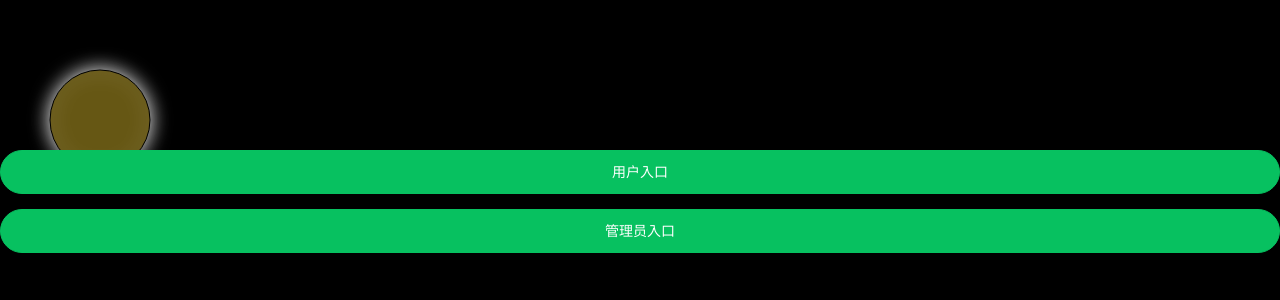
Repository: fisher002/sports
Page: /
An editor plug-in stored every save of this project. The page is shown before and after the next save, followed by the edit.
The browser window is 1280 px wide. The pictures show the whole page.
The project was rebuilt for these pictures with package versions that can differ from the ones it lists, and the page was loaded fresh each time. Also part of the build but not shown: src/components/public/bottom.vue, src/views/mobile-index/indexUrl.js, src/views/mobile-admin/admin-login/loginUrl.js, src/components/public/top.vue, src/views/mobile-index/mobileIndex.vue, src/utils/comUtils.js, src/views/mobile-index/index.vue, src/views/mobile-index/detailcompate.vue and 68 more.

Above is the page before, as saved 2020-05-04 13:47:45.

### index.html
<!DOCTYPE html>
<html>
  <head>
    <meta charset="utf-8">
    <meta name="viewport" content="width=device-width,initial-scale=1.0">
    <title>sports</title>
  </head>
  <body>
    <div id="app"></div>
    <!-- built files will be auto injected -->
  </body>
</html>

### src/main.js
// The Vue build version to load with the `import` command
// (runtime-only or standalone) has been set in webpack.base.conf with an alias.
import Vue from 'vue'
import App from './App'
import router from './router'
import Vant from 'vant';
import { Toast } from "vant";
import { Dialog } from 'vant';
import 'vant/lib/index.css';

Vue.use(Toast);
Vue.use(Dialog);
Vue.use(Vant);
Vue.config.productionTip = false

/* eslint-disable no-new */
new Vue({
  el: '#app',
  router,
  components: { App },
  template: '<App/>'
})

### src/App.vue
<template>
  <div id="app">
    <router-view v-if="isRouterAlive" />
  </div>
</template>

<script>
import { Toast } from "vant";
export default {
  name: 'App',
  provide() {
    //父组件中通过provide来提供变量，在子组件中通过inject来注入变量。
    return {
      reload: this.reload
    };
  },
  data() {
    return {
      isRouterAlive: true, //控制视图是否显示的变量
    };
  },
  methods: {
    reload() {
      this.isRouterAlive = false; //先关闭，
      this.$nextTick(function() {
        this.isRouterAlive = true; //再打开
      });
    }
  }
}
</script>

<style>
#app {
  font-family: 'Avenir', Helvetica, Arial, sans-serif;
  -webkit-font-smoothing: antialiased;
  -moz-osx-font-smoothing: grayscale;
  text-align: center;
  color: #2c3e50;
  /* margin-top: 60px; */
}
</style>

### src/router/index.js
import Vue from 'vue'
import Router from 'vue-router'
// import HelloWorld from '@/components/HelloWorld'
// 用户路由
import defaultIndex from '@/views/index'
import mobileIndex from '@/views/mobile-index/mobileIndex'
import index from '@/views/mobile-index/index'
import detailcompate from '@/views/mobile-index/detailcompate'
import login from '@/views/mobile-index/login'
import listmine from '@/views/mobile-mine/listmine'
import detailmine from '@/views/mobile-mine/detailmine'
import listscore from '@/views/mobile-mine/listscore'
import listmessage from '@/views/mobile-mine/listmessage'
import refereemanage from '@/views/mobile-mine/refereeManage'
import listcontestant from '@/views/mobile-mine/listcontestant'
import signupmine from '@/views/mobile-mine/signupmine'
import listitem from '@/views/mobile-item/listitem'
import detailitem from '@/views/mobile-item/detailitem'
import listcomment from '@/views/mobile-comment/listcomment'
import commentusers from '@/views/mobile-comment/commentusers'
import listtournament from '@/views/mobile-tournament/listtournament'
import alltournaments from '@/views/mobile-tournament/alltournaments'
import chatusers from '@/views/mobile-tournament/chatusers'

// 管理员路由
import adminIndex from '@/views/mobile-admin/adminIndex'
import adminlogin from '@/views/mobile-admin/admin-login/adminLogin'
// 赛前
import preindex from '@/views/mobile-admin/admin-pregame/preindex'
import releasegames from '@/views/mobile-admin/admin-pregame/releasegames'
import listgames from '@/views/mobile-admin/admin-pregame/listgames'
import editcompate from '@/views/mobile-admin/admin-pregame/editcompate'
import registermanagement from '@/views/mobile-admin/admin-pregame/registercompate/registermanagement'
import registerpeople from '@/views/mobile-admin/admin-pregame/registercompate/registerpeople'
import listcompateplay from '@/views/mobile-admin/admin-pregame/playermanage/listcompateplay'
import playermanagement from '@/views/mobile-admin/admin-pregame/playermanage/playermanagement'
import listcompatereferee from '@/views/mobile-admin/admin-pregame/refereemanage/listcompatereferee'
import refereemanagement from '@/views/mobile-admin/admin-pregame/refereemanage/refereemanagement'
import listequipment from '@/views/mobile-admin/admin-pregame/equipmentmanage/listequipment'
// 赛中
import middleindex from '@/views/mobile-admin/admin-middle/middleindex'
import listcompates from '@/views/mobile-admin/admin-middle/compatescore/listcompates'
import listcompatescore from '@/views/mobile-admin/admin-middle/compatescore/listcompatescore'
import listfinalperson from '@/views/mobile-admin/admin-middle/finalperson/listfinalperson'
import detailfinalperson from '@/views/mobile-admin/admin-middle/finalperson/detailfinalperson'
// 赛后
import afterindex from '@/views/mobile-admin/admin-after/afterindex'
import listbackmsg from '@/views/mobile-admin/admin-after/feedbackmsg/listbackmsg'
import listcompatewonderful from '@/views/mobile-admin/admin-after/compatewonderful/listcompatewonderful'
import detailwonderful from '@/views/mobile-admin/admin-after/compatewonderful/detailwonderful'
import listcompatenews from '@/views/mobile-admin/admin-after/compatenews/listcompatenews'
import detailcomnews from '@/views/mobile-admin/admin-after/compatenews/detailcomnews'
import listoutlaycompate from '@/views/mobile-admin/admin-after/compateoutlay/listoutlaycompate'
import detailoutlay from '@/views/mobile-admin/admin-after/compateoutlay/detailoutlay'
import listoutlaysum from '@/views/mobile-admin/admin-after/outlaysum/listoutlaysum'
import detailsumlist from '@/views/mobile-admin/admin-after/outlaysum/detailsumlist'

Vue.use(Router)

export default new Router({
  routes: [
    {
      path: '/',
      name: 'index',
      component: defaultIndex,
    },
    {
      path: '/user',
      name: 'mobileIndex',
      component: mobileIndex,
      redirect: '/user/index',
      children: [
        {
          path: '/user/index',
          name: 'index',
          meta: {
            label: "首页"
          },
          component: index
        },
        {
          path: '/user/detailcompate',
          name: 'detailcompate',
          meta: {
            label: "赛事详情"
          },
          component: detailcompate
        },
        {
          path: '/user/listmine',
          name: 'listmine',
          meta: {
            label: "我的"
          },
          component: listmine
        },
        {
          path: '/user/detailmine',
          name: 'detailmine',
          meta: {
            label: "我的信息"
          },
          component: detailmine
        },
        {
          path: '/user/refereemanage',
          name: 'refereemanage',
          meta: {
            label: "我的赛事管理"
          },
          component: refereemanage
        },
        {
          path: '/user/listcontestant',
          name: 'listcontestant',
          meta: {
            label: "运动员管理"
          },
          component: listcontestant
        },
        {
          path: '/user/signupmine',
          name: 'signupmine',
          meta: {
            label: "我的报名"
          },
          component: signupmine
        },
        {
          path: '/user/listscore',
          name: 'listscore',
          meta: {
            label: "我的成绩"
          },
          component: listscore
        },
        {
          path: '/user/listmessage',
          name: 'listmessage',
          meta: {
            label: "我的消息"
          },
          component: listmessage
        },
        {
          path: '/user/listitem',
          name: 'listitem',
          meta: {
            label: "项目"
          },
          component: listitem
        },
        {
          path: '/user/detailitem',
          name: 'detailitem',
          meta: {
            label: "项目列表"
          },
          component: detailitem
        },
        {
          path: '/user/listcomment',
          name: 'listcomment',
          meta: {
            label: "评论"
          },
          component: listcomment
        },
        {
          path: '/user/commentusers',
          name: 'commentusers',
          meta: {
            label: "赛事评论"
          },
          component: commentusers
        },
        {
          path: '/user/listtournament',
          name: 'listtournament',
          meta: {
            label: "赛事"
          },
          component: listtournament
        },
        {
          path: '/user/alltournaments',
          name: 'alltournaments',
          meta: {
            label: "全部赛事时间"
          },
          component: alltournaments
        },
        {
          path: '/user/chatusers',
          name: 'chatusers',
          meta: {
            label: "赛事实时信息"
          },
          component: chatusers
        },
      ]
    },
    {
      path: '/admin',
      name: 'adminIndex',
      component: adminIndex,
      redirect: '/admin/preindex',
      children: [
        {
          path: '/admin/preindex',
          name: 'preindex',
          meta: {
            label: "赛前"
          },
          component: preindex
        },
        {
          path: '/admin/releasegames',
          name: 'releasegames',
          meta: {
            label: "赛事发布"
          },
          component: releasegames
        },
        {
          path: '/admin/listgames',
          name: 'listgames',
          meta: {
            label: "赛事修改列表"
          },
          component: listgames
        },
        {
          path: '/admin/editcompate',
          name: 'editcompate',
          meta: {
            label: "赛事修改"
          },
          component: editcompate
        },
        {
          path: '/admin/registermanagement',
          name: 'registermanagement',
          meta: {
            label: "赛事报名管理"
          },
          component: registermanagement
        },
        {
          path: '/admin/registerpeople',
          name: 'registerpeople',
          meta: {
            label: "报名学生"
          },
          component: registerpeople
        },
        {
          path: '/admin/listcompateplay',
          name: 'listcompateplay',
          meta: {
            label: "运动员管理"
          },
          component: listcompateplay
        },
        {
          path: '/admin/playermanagement',
          name: 'playermanagement',
          meta: {
            label: "运动员列表"
          },
          component: playermanagement
        },
        {
          path: '/admin/listcompatereferee',
          name: 'listcompatereferee',
          meta: {
            label: "裁判管理"
          },
          component: listcompatereferee
        },
        {
          path: '/admin/refereemanagement',
          name: 'refereemanagement',
          meta: {
            label: "裁判列表"
          },
          component: refereemanagement
        },
        {
          path: '/admin/listequipment',
          name: 'listequipment',
          meta: {
            label: "设备添加"
          },
          component: listequipment
        },
        {
          path: '/admin/middleindex',
          name: 'middleindex',
          meta: {
            label: "赛中"
          },
          component: middleindex
        },
        {
          path: '/admin/listcompates',
          name: 'listcompates',
          meta: {
            label: "赛事列表"
          },
          component: listcompates
        },
        {
          path: '/admin/listcompatescore',
          name: 'listcompatescore',
          meta: {
            label: "赛事成绩"
          },
          component: listcompatescore
        },
        {
          path: '/admin/listfinalperson',
          name: 'listfinalperson',
          meta: {
            label: "赛事列表"
          },
          component: listfinalperson
        },
        {
          path: '/admin/detailfinalperson',
          name: 'detailfinalperson',
          meta: {
            label: "决赛名单添加"
          },
          component: detailfinalperson
        },
        {
          path: '/admin/afterindex',
          name: 'afterindex',
          meta: {
            label: "赛后"
          },
          component: afterindex
        },
        {
          path: '/admin/listbackmsg',
          name: 'listbackmsg',
          meta: {
            label: "反馈信息列表"
          },
          component: listbackmsg
        },
        {
          path: '/admin/listcompatewonderful',
          name: 'listcompatewonderful',
          meta: {
            label: "赛事资源"
          },
          component: listcompatewonderful
        },
        {
          path: '/admin/detailwonderful',
          name: 'detailwonderful',
          meta: {
            label: "赛事资源发布"
          },
          component: detailwonderful
        },
        {
          path: '/admin/listcompatenews',
          name: 'listcompatenews',
          meta: {
            label: "赛事新闻"
          },
          component: listcompatenews
        },
        {
          path: '/admin/detailcomnews',
          name: 'detailcomnews',
          meta: {
            label: "赛事新闻发布"
          },
          component: detailcomnews
        },
        {
          path: '/admin/listoutlaycompate',
          name: 'listoutlaycompate',
          meta: {
            label: "赛事列表"
          },
          component: listoutlaycompate
        },
        {
          path: '/admin/detailoutlay',
          name: 'detailoutlay',
          meta: {
            label: "赛事经费添加"
          },
          component: detailoutlay
        },
        {
          path: '/admin/listoutlaysum',
          name: 'listoutlaysum',
          meta: {
            label: "赛事列表"
          },
          component: listoutlaysum
        },
        {
          path: '/admin/detailsumlist',
          name: 'detailsumlist',
          meta: {
            label: "赛事统计列表"
          },
          component: detailsumlist
        },
      ]
    },
    {
      path: '/login',
      name: 'login',
      meta: {
        label: "用户登录"
      },
      component: login
    },
    {
      path: '/adminlogin',
      name: 'adminlogin',
      meta: {
        label: "管理员登录"
      },
      component: adminlogin
    },
  ]
})

### src/views/index.vue
<template>
  <div class="index">
    <div class="btn">
      <van-button to="/user" type="primary" block round>用户入口</van-button>
      <div class="hide"></div>
      <van-button to="/adminlogin" type="primary" block round>管理员入口</van-button>
    </div>
    <canvas ref="myCanvas" class="canvas"></canvas>
  </div>
</template>
<script>
export default {
  data() {
    return {
      height: null,
      width: null
    };
  },
  created() {
    window.addEventListener("resize", this.getWindowInfo); //注册监听器
    this.getWindowInfo(); //页面创建时先调用一次
  },
  mounted() {
    let canvas = this.$refs.myCanvas;
    canvas.height = this.height;
    canvas.width = this.width;
    let x = 0,
      y = 0;
    let ctx = canvas.getContext("2d");
    ctx.shadowBlur = 20;
    ctx.shadowColor = "#ffffff";
    ctx.fillStyle = "#665714";
    ctx.strokeStyle = "#000000";
    ctx.beginPath();
    ctx.arc(100, 120, 50, 0, 2 * Math.PI, true);
    ctx.fill();
    ctx.stroke();
  },
  methods: {
    /**获取屏幕宽高 */
    getWindowInfo() {
      this.height = document.documentElement.clientHeight;
      this.width = document.documentElement.clientWidth;
    }
  },
  destroyed() {
    /**页面销毁后注销监听器 */
    window.removeEventListener("resize", this.getWindowInfo);
  }
};
</script>
<style lang="scss" scoped>
.index {
  position: relative;
  .btn {
    position: fixed;
    width: 100%;
    padding: 150px 0px;
    z-index: 999;
    .hide {
      width: 100%;
      margin: 15px 0;
    }
  }
  .canvas {
    z-index: 990;
    position: absolute;
    left: 0;
    background: #000000;
  }
}
</style>

After the next save:
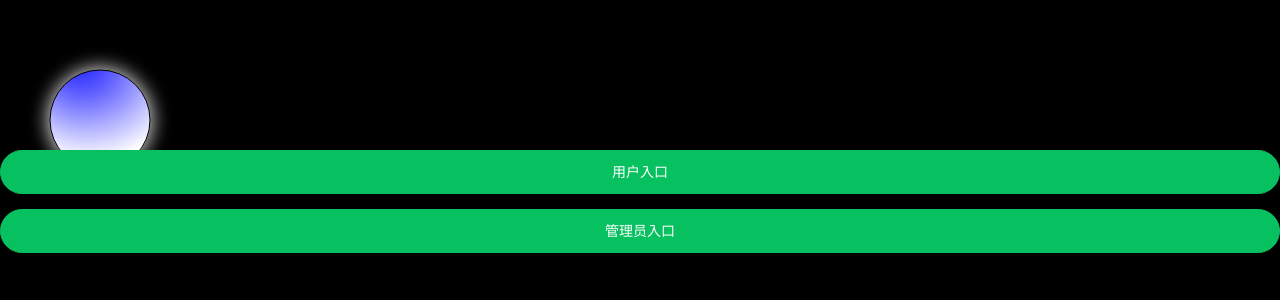
Saved 2 min 22 s later.
--- a/src/views/index.vue
+++ b/src/views/index.vue
@@ -29,8 +29,10 @@ export default {
     let ctx = canvas.getContext("2d");
     ctx.shadowBlur = 20;
     ctx.shadowColor = "#ffffff";
-    ctx.fillStyle = "#665714";
-    ctx.strokeStyle = "#000000";
+    let grd = ctx.createRadialGradient(75, 50, 5, 90, 60, 100);
+    grd.addColorStop(0, "blue");
+    grd.addColorStop(1, "white");
+    ctx.fillStyle = grd;
     ctx.beginPath();
     ctx.arc(100, 120, 50, 0, 2 * Math.PI, true);
     ctx.fill();
